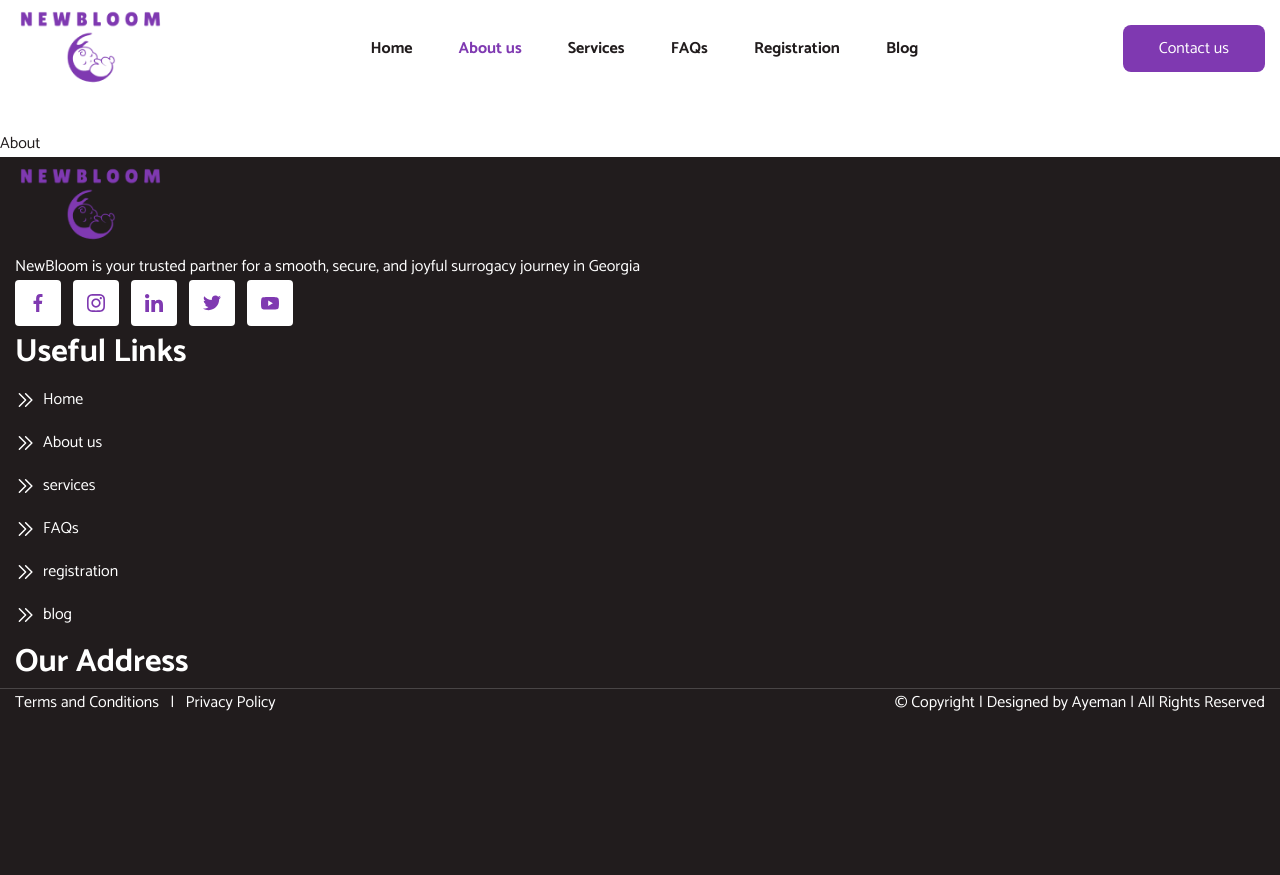
Repository: LenarTulupov/bloom
Page: /about
The author's editor kept a copy of each file at every save. The page is drawn from the files as they stood at one save, then again after a run of saves.
The browser window is 1280 px wide. The pictures show the whole page.
The project was rebuilt for these pictures with package versions that can differ from the ones it lists, and the page was loaded fresh each time. The framework's server and built-in components were replaced by stand-ins that run in the browser. Also part of the build but not shown: next.config.ts.

Above is the page before, as saved 2024-12-28 10:38:13.

After the next 3 saves:
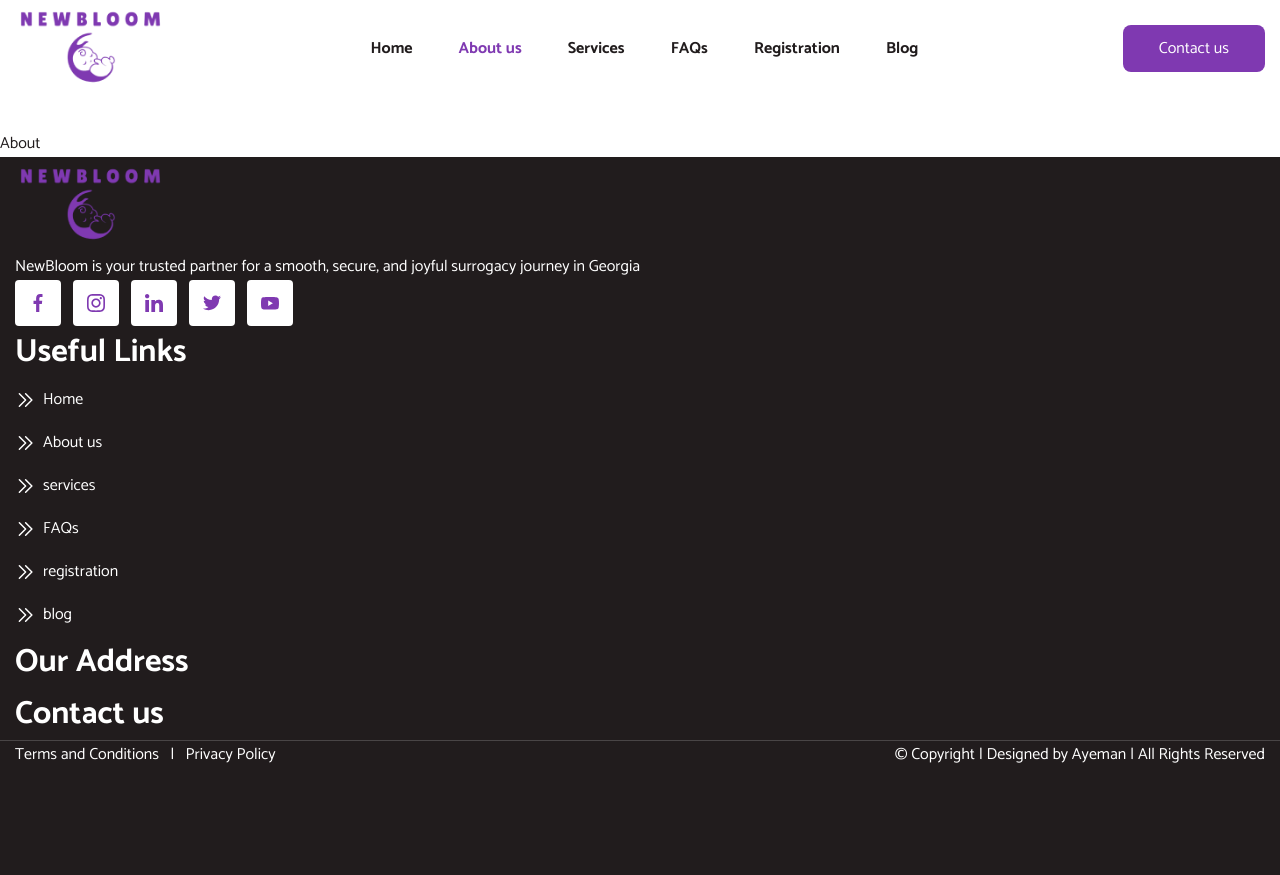
The 3 saves are shown as one change because they came seconds apart.
The last was saved 13 s later.
--- a/src/components/ui/footer/footer.tsx
+++ b/src/components/ui/footer/footer.tsx
@@ -5,17 +5,16 @@ import FooterCompany from './footer-company/footer-company';
 import styles from './footer.module.scss';
 import FooterLinks from './footer-links/footer-links';
 import FooterAddress from './footer-address/footer-address';
+import FooterContact from './footer-contact';
 
 export default function Footer() {
   return (
     <footer className={styles.footer}>
       <Container>
         <FooterCompany />
-        <FooterLinks/>
-        {/* Address */}
-        <FooterAddress/>
-        {/* Contact us */}
-
+        <FooterLinks />
+        <FooterAddress />
+        <FooterContact />
       </Container>
       <Divider />
       <Container>
